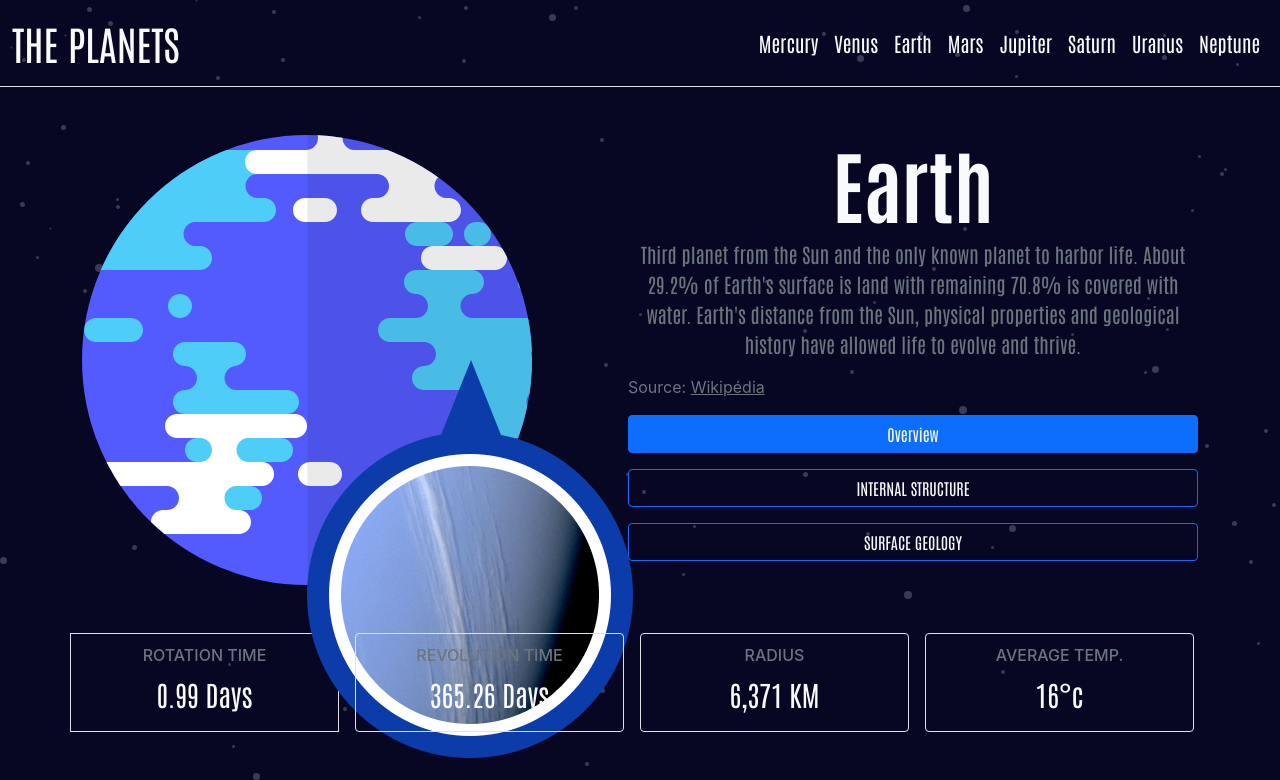
Repository: andre06x/the-planets
Page: /
The author's editor kept a copy of each file at every save. The page is drawn from the files as they stood at one save, then again after the next save.
The browser window is 1280 px wide. The pictures show the whole page.
The project was rebuilt for these pictures with package versions that can differ from the ones it lists, and the page was loaded fresh each time.

Above is the page before, as saved 2021-10-19 16:49:16.

### public/index.html
<!DOCTYPE html>
<html lang="en">

<head>
  <meta charset="utf-8" />
  <link rel="icon" href="%PUBLIC_URL%/favicon.ico" />
  <meta name="viewport" content="width=device-width, initial-scale=1" />
  <meta name="theme-color" content="#000000" />
  <link rel="preconnect" href="https://fonts.googleapis.com">
  <link rel="preconnect" href="https://fonts.gstatic.com" crossorigin>
  <link href="https://fonts.googleapis.com/css2?family=Antonio:wght@400;500;600;700&display=swap" rel="stylesheet">
  <meta name="description" content="Web site created using create-react-app" />
  <link rel="apple-touch-icon" href="%PUBLIC_URL%/logo192.png" />
  <link rel="manifest" href="%PUBLIC_URL%/manifest.json" />
  <link rel="stylesheet" href="%PUBLIC_URL%/bootstrap-5.1.3-dist/css/bootstrap.min.css">
  <title>React App</title>
</head>

<body>
  <noscript>You need to enable JavaScript to run this app.</noscript>
  <div id="root"></div>
  <script src="./bootstrap-5.1.3-dist/js/bootstrap.min.js"></script>
</body>

</html>

### src/index.js
import React from 'react';
import ReactDOM from 'react-dom';
import App from './App';
import reportWebVitals from './reportWebVitals';
import Global from './styles/global';

ReactDOM.render(
  <React.StrictMode>
    <Global />
    <App />
  </React.StrictMode>,
  document.getElementById('root')
);

// If you want to start measuring performance in your app, pass a function
// to log results (for example: reportWebVitals(console.log))
// or send to an analytics endpoint. Learn more: https://bit.ly/CRA-vitals
reportWebVitals();

### src/App.js
import logo from './logo.svg';
// import './App.css';
import Header from './components/Header';
import Container from './components/Container';

function App() {
  return (
    <div className="App">
      <Header />
      <Container />
    </div>
  );
}

export default App;

### src/styles/global.js
import { createGlobalStyle } from 'styled-components';
import img from '../background-stars.svg';

export default createGlobalStyle`
  body {
    background-image: url(${img});
    background-color: #070724;
    background-repeat: repeat;
  margin: 0;
  font-family: -apple-system, BlinkMacSystemFont, 'Segoe UI', 'Roboto', 'Oxygen',
    'Ubuntu', 'Cantarell', 'Fira Sans', 'Droid Sans', 'Helvetica Neue',
    sans-serif;
  -webkit-font-smoothing: antialiased;
  -moz-osx-font-smoothing: grayscale;
}

code {
  font-family: source-code-pro, Menlo, Monaco, Consolas, 'Courier New',
    monospace;
}
`;

### src/components/Header.js
import React, { useEffect } from 'react';
import data from '../data.json';
import { usePlanet } from '../zustand';

const Header = () => {
  const planetSetar = usePlanet(state => state.nomePlanet);
  const planet = usePlanet(state => state.planet);

  useEffect(() => {
    console.log(planet)
  }, [planet])

  return (
    <nav class="navbar navbar-expand-lg navbar-dark bg-transparent border-bottom border-muted ">
      <div class="container-fluid d-flex justify-content-between">
        <a class="navbar-brand fs-1 text-light font-antonio" href="#">THE PLANETS</a>
        <button class="navbar-toggler text-light" type="button" data-bs-toggle="collapse" data-bs-target="#navbarSupportedContent" aria-controls="navbarSupportedContent" aria-expanded="false" aria-label="Toggle navigation">
          <span class="navbar-toggler-icon text-light"></span>
        </button>
        <div class="collapse navbar-collapse justify-content-end" id="navbarSupportedContent">
          <div>
            <ul class="navbar-nav me-auto mb-2 mb-lg-0">
              {
                data.map(d => (
                  <li class="nav-item">
                    <a
                      class="nav-link active text-light fs-5 font-antonio"
                      aria-current="page"
                      href="#"
                      onClick={() => planetSetar(d.name)}
                    >
                      {d.name}
                    </a>
                  </li>
                ))
              }
            </ul>
          </div>
        </div>
      </div>
    </nav>
  )
}



export default Header

### src/components/Container.js
import React, { useEffect, useState } from 'react';
// import earth from '../assets/planet-earth.svg';
import data from '../data.json';
import { usePlanet } from '../zustand';

const Container = () => {
  const [selectBox, setSelectBox] = useState(1);
  const planet = usePlanet(state => state.planet);
  // const [planet, setPlanet] = useState('Earth');
  const [text, setText] = useState(data.filter(d => d.name === planet)[0].overview);
  const [imagee, setImagee] = useState('assets/planet-earth.svg');
  const [dataPlanet, setDataPlanet] = useState(['']);



  const op = [
    { id: 1, titulo: 'Overview' },
    { id: 2, titulo: 'INTERNAL STRUCTURE' },
    { id: 3, titulo: 'SURFACE GEOLOGY' },
  ]

  function buttonChange(o) {
    setSelectBox(o.id);

    if (o.id === 1) {
      setText(data.filter(d => d.name === planet)[0].overview);
      setImagee(data.filter(d => d.name === planet)[0].images.planet);
    }

    if (o.id === 2) {
      setText(data.filter(d => d.name === planet)[0].structure);
      setImagee(data.filter(d => d.name === planet)[0].images.internal);

    }

    if (o.id === 3) {
      setText(data.filter(d => d.name === planet)[0].geology);
      setImagee(data.filter(d => d.name === planet)[0].images.geology);

    }

  }

  useEffect(() => {
    setDataPlanet(data.filter(d => d.name === planet)[0]);
    setImagee(data.filter(d => d.name === planet)[0].images.planet);
    setText(data.filter(d => d.name === planet)[0].overview);
    setSelectBox(1);

  }, [planet]);
  return (
    <div className="container mt-md-5">
      <div className="d-flex flex-column">
        <div className="d-flex flex-md-row flex-column-reverse justify-content-between">
          <div className="me-md-5 d-flex justify-content-center position-relative">
            <img src={imagee} alt="" />
            <img src="assets/geology-neptune.png" alt="" className="position-absolute top-50 start-50"/>
          </div>
          <div className="ms-md-5 d-flex flex-md-column flex-column-reverse">
            <h1 className="display-1 text-light font-antonio fw-bold text-center">
              {planet}
            </h1>
            <p className="lead text-muted font-antonio text-center">
              {text.content}
            </p>
            <span className="text-secondary">
              Source: <a href="" className="text-secondary"> Wikipédia</a>
            </span>

            <div className="d-flex flex-md-column mt-md-3 font-antonio fw-bold">
              {op.map(o => (
                <button
                  className={`btn text-light btn-outline-primary mb-3 col-4 col-md-12 ${selectBox === o.id ? ' btn-primary' : ''}`}
                  onClick={() => buttonChange(o)}
                >
                  {o.titulo}
                </button>
              ))}
            </div>
          </div>
        </div>
      </div>
      <div className="row mt-5 mb-5 flex-md-row flex-column">
        <div class="col me-3 bg-transparent border">
          <div class="card-body d-flex flex-md-column justify-content-between align-items-center">
            <h6 class="card-subtitle mb-md-2 text-muted">
              ROTATION TIME
            </h6>
            <p class="card-text text-light font-antonio fs-md-1 fs-3">
              {dataPlanet.rotation}
            </p>
          </div>
        </div>
        <div class="card col me-3 bg-transparent border">
          <div class="card-body d-flex flex-md-column justify-content-between align-items-center">
            <h6 class="card-subtitle mb-md-2 text-muted">
              REVOLUTION TIME
            </h6>
            <p class="card-text text-light font-antonio fs-md-1 fs-3">
              {dataPlanet.revolution}
            </p>
          </div>
        </div>
        <div class="card col me-3 bg-transparent border">
          <div class="card-body d-flex flex-md-column justify-content-between align-items-center">
            <h6 class="card-subtitle mb-md-2 text-muted">
              RADIUS
            </h6>
            <p class="card-text text-light font-antonio fs-md-1 fs-3">
              {dataPlanet.radius}
            </p>
          </div>
        </div>
        <div class="card col me-3 bg-transparent border">
          <div class="card-body d-flex flex-md-column justify-content-between align-items-center">
            <h6 class="card-subtitle mb-md-2 text-muted">
              AVERAGE TEMP.
            </h6>
            <p class="card-text text-light font-antonio fs-md-1 fs-3">
              {dataPlanet.temperature}
            </p>
          </div>
        </div>
      </div>
    </div>
  )
}

export default Container;

### src/data.json
[
  {
    "name": "Mercury",
    "overview": {
      "content": "Mercury is the smallest planet in the Solar System and the closest to the Sun. Its orbit around the Sun takes 87.97 Earth days, the shortest of all the Sun's planets. Mercury is one of four terrestrial planets in the Solar System, and is a rocky body like Earth.",
      "source": "https://en.wikipedia.org/wiki/Mercury_(planet)"
    },
    "structure": {
      "content": "Mercury appears to have a solid silicate crust and mantle overlying a solid, iron sulfide outer core layer, a deeper liquid core layer, and a solid inner core. The planet's density is the second highest in the Solar System at 5.427 g/cm3 , only slightly less than Earth's density.",
      "source": "https://en.wikipedia.org/wiki/Mercury_(planet)#Internal_structure"
    },
    "geology": {
      "content": "Mercury's surface is similar in appearance to that of the Moon, showing extensive mare-like plains and heavy cratering, indicating that it has been geologically inactive for billions of years. It is more heterogeneous than either Mars's or the Moon’s.",
      "source": "https://en.wikipedia.org/wiki/Mercury_(planet)#Surface_geology"
    },
    "rotation": "58.6 Days",
    "revolution": "87.97 Days",
    "radius": "2,439.7 KM",
    "temperature": "430°c",
    "images": {
      "planet": "assets/planet-mercury.svg",
      "internal": "assets/planet-mercury-internal.svg",
      "geology": "assets/geology-mercury.png"
    }
  },
  {
    "name": "Venus",
    "overview": {
      "content": "Venus is the second planet from the Sun. It is named after the Roman goddess of love and beauty. As the brightest natural object in Earth's night sky after the Moon, Venus can cast shadows and can be, on rare occasions, visible to the naked eye in broad daylight.",
      "source": "https://en.wikipedia.org/wiki/Venus"
    },
    "structure": {
      "content": "The similarity in size and density between Venus and Earth suggests they share a similar internal structure: a core, mantle, and crust. Like that of Earth, Venusian core is most likely at least partially liquid because the two planets have been cooling at about the same rate.",
      "source": "https://en.wikipedia.org/wiki/Venus#Internal_structure"
    },
    "geology": {
      "content": "Much of the Venusian surface appears to have been shaped by volcanic activity. Venus has several times as many volcanoes as Earth, and it has 167 large volcanoes that are over 100 km (60 mi) across. The only volcanic complex of this size on Earth is the Big Island of Hawaii.",
      "source": "https://en.wikipedia.org/wiki/Venus#Surface_geology"
    },
    "rotation": "243 Days",
    "revolution": "224.7 Days",
    "radius": "6,051.8 KM",
    "temperature": "471°c",
    "images": {
      "planet": "assets/planet-venus.svg",
      "internal": "assets/planet-venus-internal.svg",
      "geology": "assets/geology-venus.png"
    }
  },
  {
    "name": "Earth",
    "overview": {
      "content": "Third planet from the Sun and the only known planet to harbor life. About 29.2% of Earth's surface is land with remaining 70.8% is covered with water. Earth's distance from the Sun, physical properties and geological history have allowed life to evolve and thrive.",
      "source": "https://en.wikipedia.org/wiki/Earth"
    },
    "structure": {
      "content": "Earth's interior, like that of the other terrestrial planets, is divided into layers by their chemical or physical (rheological) properties. The outer layer is a chemically distinct silicate solid crust, which is underlain by a highly viscous solid mantle.",
      "source": "https://en.wikipedia.org/wiki/Earth#Internal_structure"
    },
    "geology": {
      "content": "The total surface area of Earth is about 510 million km2. The continental crust consists of lower density material such as the igneous rocks granite and andesite. Less common is basalt, a denser volcanic rock that is the primary constituent of the ocean floors.",
      "source": "https://en.wikipedia.org/wiki/Earth#Surface"
    },
    "rotation": "0.99 Days",
    "revolution": "365.26 Days",
    "radius": "6,371 KM",
    "temperature": "16°c",
    "images": {
      "planet": "assets/planet-earth.svg",
      "internal": "assets/planet-earth-internal.svg",
      "geology": "assets/geology-earth.png"
    }
  },
  {
    "name": "Mars",
    "overview": {
      "content": "Mars is the fourth planet from the Sun and the second-smallest planet in the Solar System, being larger than only Mercury. In English, Mars carries the name of the Roman god of war and is often referred to as the \"Red Planet\".",
      "source": "https://en.wikipedia.org/wiki/Mars"
    },
    "structure": {
      "content": "Like Earth, Mars has differentiated into a dense metallic core overlaid by less dense materials. Scientists initially determined that the core is at least partially liquid. Current models of its interior imply a core consisting primarily of iron and nickel with about 16–17% sulfur.",
      "source": "https://en.wikipedia.org/wiki/Mars#Internal_structure"
    },
    "geology": {
      "content": "Mars is a terrestrial planet whose surface consists of minerals containing silicon and oxygen, metals, and other elements that typically make up rock. The surface is primarily composed of tholeiitic basalt, although parts are more silica-rich than typical basalt.",
      "source": "https://en.wikipedia.org/wiki/Mars#Surface_geology"
    },
    "rotation": "1.03 Days",
    "revolution": "1.88 Years",
    "radius": "3,389.5 KM",
    "temperature": "-28°c",
    "images": {
      "planet": "assets/planet-mars.svg",
      "internal": "assets/planet-mars-internal.svg",
      "geology": "assets/geology-mars.png"
    }
  },
  {
    "name": "Jupiter",
    "overview": {
      "content": "Jupiter is the fifth planet from the Sun and the largest in the Solar System. It is a gas giant with a mass two and a half times that of all the other planets in the Solar System combined, but less than one-thousandth the mass of the Sun.",
      "source": "https://en.wikipedia.org/wiki/Jupiter"
    },
    "structure": {
      "content": "When the Juno arrived in 2016, it found that Jupiter has a very diffuse core that mixes into its mantle. A possible cause is an impact from a planet of about ten Earth masses a few million years after Jupiter's formation, which would have disrupted an originally solid Jovian core.",
      "source": "https://en.wikipedia.org/wiki/Jupiter#Internal_structure"
    },
    "geology": {
      "content": "The best known feature of Jupiter is the Great Red Spot, a persistent anticyclonic storm located 22° south of the equator. It is known to have existed since at least 1831, and possibly since 1665.",
      "source": "https://en.wikipedia.org/wiki/Jupiter#Great_Red_Spot_and_other_vortices"
    },
    "rotation": "9.93 Hours",
    "revolution": "11.86 Years",
    "radius": "69,911 KM",
    "temperature": "-108°c",
    "images": {
      "planet": "assets/planet-jupiter.svg",
      "internal": "assets/planet-jupiter-internal.svg",
      "geology": "assets/geology-jupiter.png"
    }
  },
  {
    "name": "Saturn",
    "overview": {
      "content": "Saturn is the sixth planet from the Sun and the second-largest in the Solar System, after Jupiter. It is a gas giant with an average radius of about nine and a half times that of Earth. It only has one-eighth the average density of Earth.",
      "source": "https://en.wikipedia.org/wiki/Saturn"
    },
    "structure": {
      "content": "Despite consisting mostly of hydrogen and helium, most of Saturn's mass is not in the gas phase, because hydrogen becomes a non-ideal liquid when the density is above 0.01 g/cm3, which is reached at a radius containing 99.9% of Saturn's mass.",
      "source": "https://en.wikipedia.org/wiki/Saturn#Internal_structure"
    },
    "geology": {
      "content": "The outer atmosphere of Saturn contains 96.3% molecular hydrogen and 3.25% helium by volume. The planet's most famous feature is its prominent ring system, which is composed mostly of ice particles with a smaller amount of rocky debris and dust.",
      "source": "https://en.wikipedia.org/wiki/Saturn#Atmosphere"
    },
    "rotation": "10.8 Hours",
    "revolution": "29.46 Years",
    "radius": "58,232 KM",
    "temperature": "-138°c",
    "images": {
      "planet": "assets/planet-saturn.svg",
      "internal": "assets/planet-saturn-internal.svg",
      "geology": "assets/geology-saturn.png"
    }
  },
  {
    "name": "Uranus",
    "overview": {
      "content": "Uranus is the seventh planet from the Sun. Its name is a reference to the Greek god of the sky, Uranus according to Greek mythology, was the great-grandfather of Ares. It has the third-largest planetary radius and fourth-largest planetary mass in the Solar System.",
      "source": "https://en.wikipedia.org/wiki/Uranus"
    },
    "structure": {
      "content": "The standard model of Uranus's structure is that it consists of three layers: a rocky (silicate/iron–nickel) core in the centre, an icy mantle in the middle and an outer gaseous hydrogen/helium envelope. The core is relatively small, with a mass of only 0.55 Earth masses.",
      "source": "https://en.wikipedia.org/wiki/Uranus#Internal_structure"
    },
    "geology": {
      "content": "The composition of Uranus's atmosphere is different from its bulk, consisting mainly of molecular hydrogen and helium. The helium molar fraction, i.e. the number of helium atoms per molecule of gas, is 0.15±0.03 in the upper troposphere.",
      "source": "https://en.wikipedia.org/wiki/Uranus#Atmosphere"
    },
    "rotation": "17.2 Hours",
    "revolution": "84 Years",
    "radius": "25,362 KM",
    "temperature": "-195°c",
    "images": {
      "planet": "assets/planet-uranus.svg",
      "internal": "assets/planet-uranus-internal.svg",
      "geology": "assets/geology-uranus.png"
    }
  },
  {
    "name": "Neptune",
    "overview": {
      "content": "Neptune is the eighth and farthest-known Solar planet from the Sun. In the Solar System, it is the fourth-largest planet by diameter, the third-most-massive planet, and the densest giant planet. It is 17 times the mass of Earth, more massive than its near-twin Uranus.",
      "source": "https://en.wikipedia.org/wiki/Neptune"
    },
    "structure": {
      "content": "Neptune's internal structure resembles that of Uranus. Its atmosphere forms about 5% to 10% of its mass and extends perhaps 10% to 20% of the way towards the core. Increasing concentrations of methane, ammonia and water are found in the lower regions.",
      "source": "https://en.wikipedia.org/wiki/Neptune#Internal_structure"
    },
    "geology": {
      "content": "Neptune's atmosphere is 80% hydrogen and 19% helium. A trace amount of methane is also present. Prominent absorption bands of methane exist at wavelengths above 600 nm, in the red and infrared portion of the spectrum.",
      "source": "https://en.wikipedia.org/wiki/Neptune#Atmosphere"
    },
    "rotation": "16.08 Hours",
    "revolution": "164.79 Years",
    "radius": "24,622 KM",
    "temperature": "-201°c",
    "images": {
      "planet": "assets/planet-neptune.svg",
      "internal": "assets/planet-neptune-internal.svg",
      "geology": "assets/geology-neptune.png"
    }
  }
]

### src/zustand/index.js
import create from 'zustand';

const usePlanet = create(set => ({
  planet: 'Earth',
  nomePlanet: (namePlanet) => set(state => ({ planet: namePlanet}))
}))

export { usePlanet }

Loaded but not shown: src/reportWebVitals.js (common file); public/bootstrap-5.1.3-dist/css/bootstrap.min.css (library); public/bootstrap-5.1.3-dist/js/bootstrap.min.js (library)

After the next save:
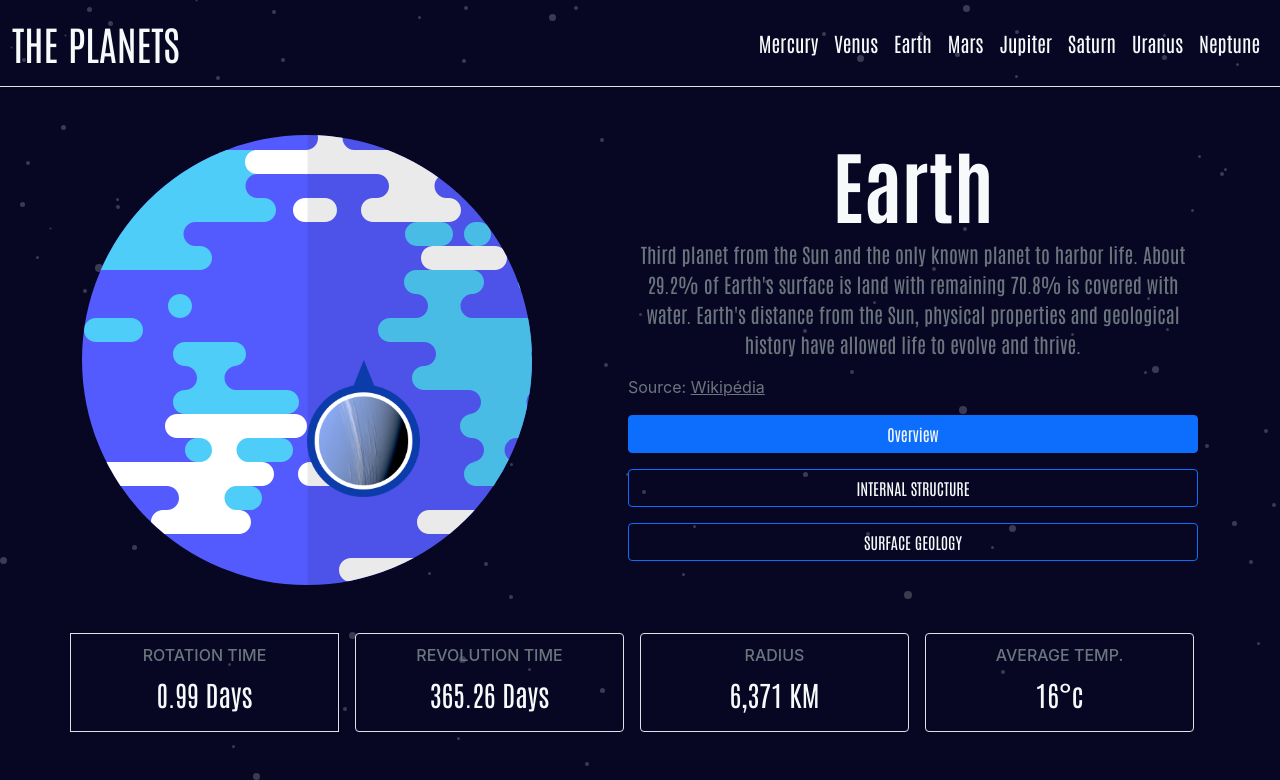
Saved 12 s later.
--- a/src/components/Container.js
+++ b/src/components/Container.js
@@ -54,7 +54,7 @@ const Container = () => {
         <div className="d-flex flex-md-row flex-column-reverse justify-content-between">
           <div className="me-md-5 d-flex justify-content-center position-relative">
             <img src={imagee} alt="" />
-            <img src="assets/geology-neptune.png" alt="" className="position-absolute top-50 start-50"/>
+            <img src="assets/geology-neptune.png" alt="" className="position-absolute top-50 start-50 w-25"/>
           </div>
           <div className="ms-md-5 d-flex flex-md-column flex-column-reverse">
             <h1 className="display-1 text-light font-antonio fw-bold text-center">
